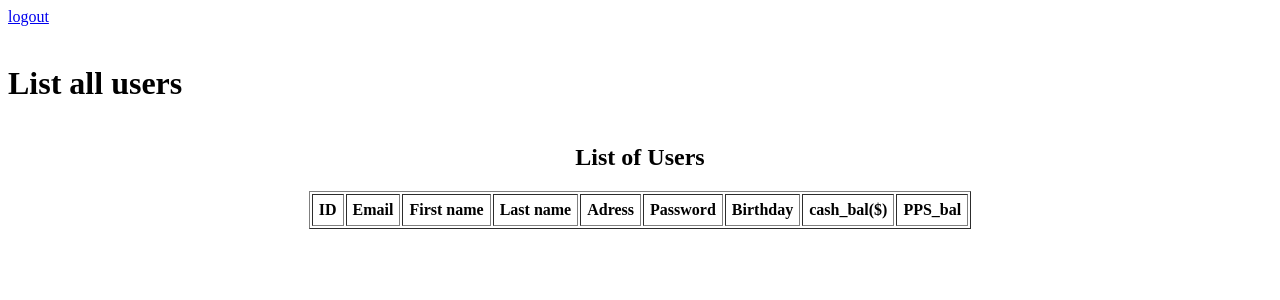
Repository: jrule5960/Tree-Cutting-Database
Page: http://localhost/database/User.jsp
An editor plug-in stored every save of this project. The page is shown before and after the next save, followed by the edit.
The browser window is 1280 px wide. The pictures show the whole page.
The page is served by Tomcat 9.

Above is the page before, as saved 2023-11-06 21:08:06.

After the next save:
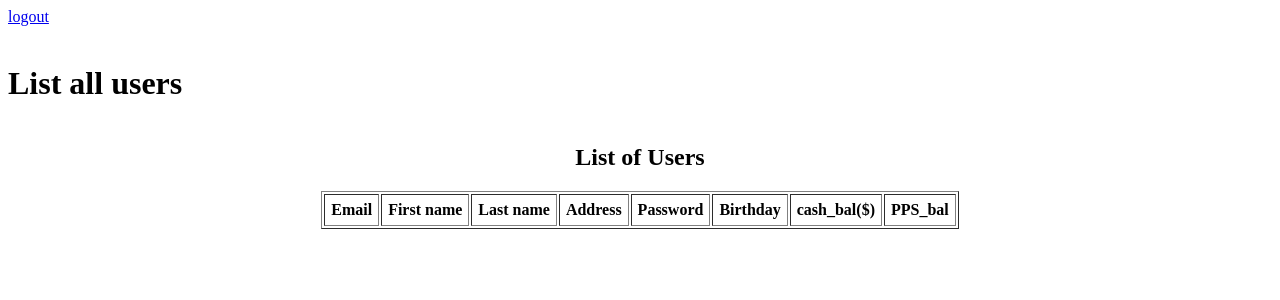
Saved 20 s later.
--- a/database/WebContent/User.jsp
+++ b/database/WebContent/User.jsp
@@ -6,7 +6,7 @@
 <html>
 <head>
 <meta charset="ISO-8859-1">
-<title>User Page</title>
+<title>Insert title here</title>
 </head>
 
 <a href="login.jsp"target ="_self" > logout</a><br><br>
@@ -16,11 +16,10 @@
         <table border="1" cellpadding="6">
             <caption><h2>List of Users</h2></caption>
             <tr>
-            	<th>ID</th>
                 <th>Email</th>
                 <th>First name</th>
                 <th>Last name</th>
-                <th>Adress</th>
+                <th>Address</th>
                 <th>Password</th>
                 <th>Birthday</th>
                 <th>cash_bal($)</th>
@@ -28,7 +27,6 @@
             </tr>
             <c:forEach var="user" items="${get_user}">
                 <tr style="text-align:center">
-                	<td>"${user.id}" </td>
                     <td>"${user.email}" </td>
                     <td>"${user.firstName}"</td>
                     <td>"${user.lastName}"</td>
